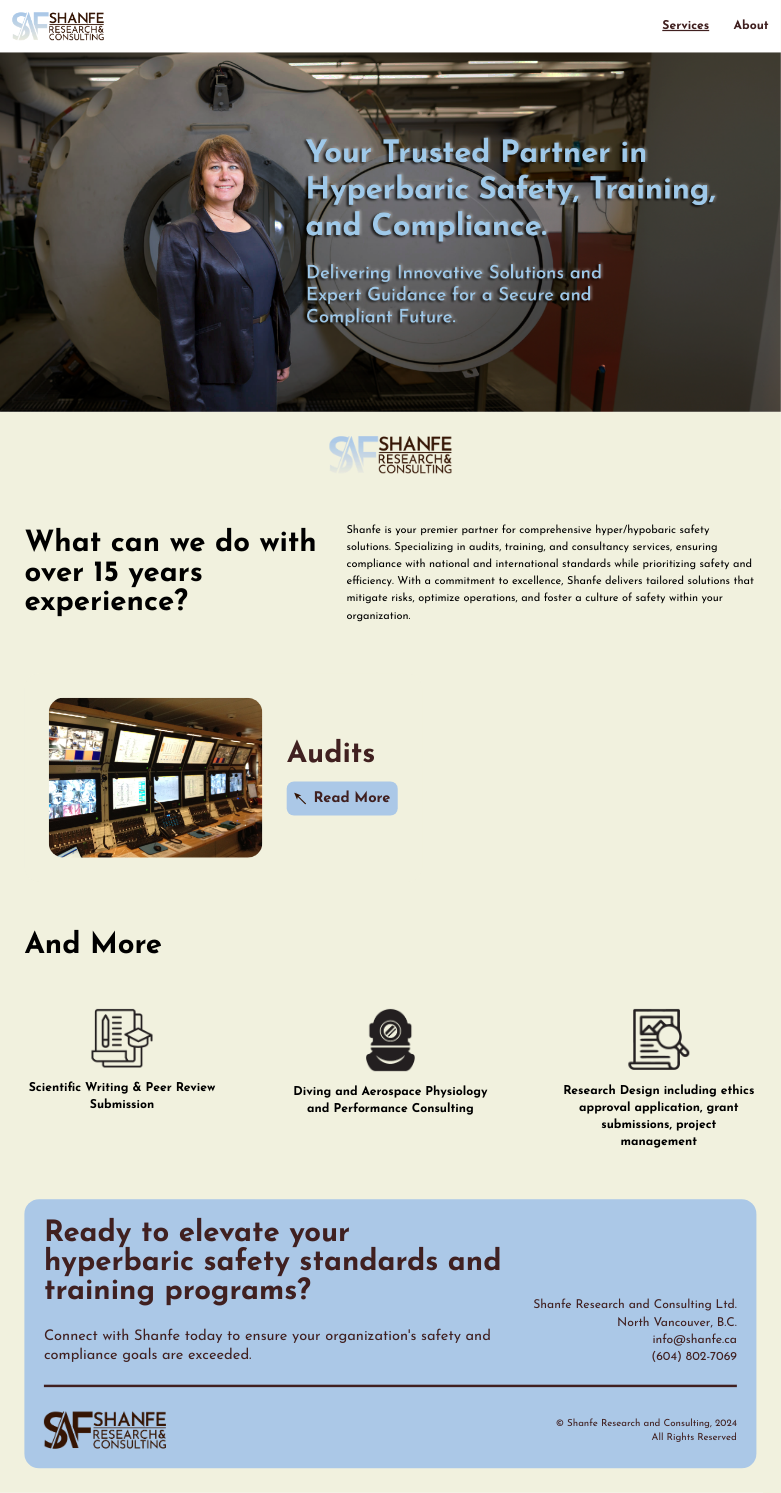
Repository: sierralaurent/shanfe_ca
Page: /
An editor plug-in stored every save of this project. The page is shown before and after the next save, followed by the edit.
The browser window is 1280 px wide. The pictures show the whole page, at 61% of full size.
The project was rebuilt for these pictures with package versions that can differ from the ones it lists, and the page was loaded fresh each time. The framework's server and built-in components were replaced by stand-ins that run in the browser. Also part of the build but not shown: next.config.mjs.

Above is the page before, as saved 2024-03-19 22:33:43.

After the next save:
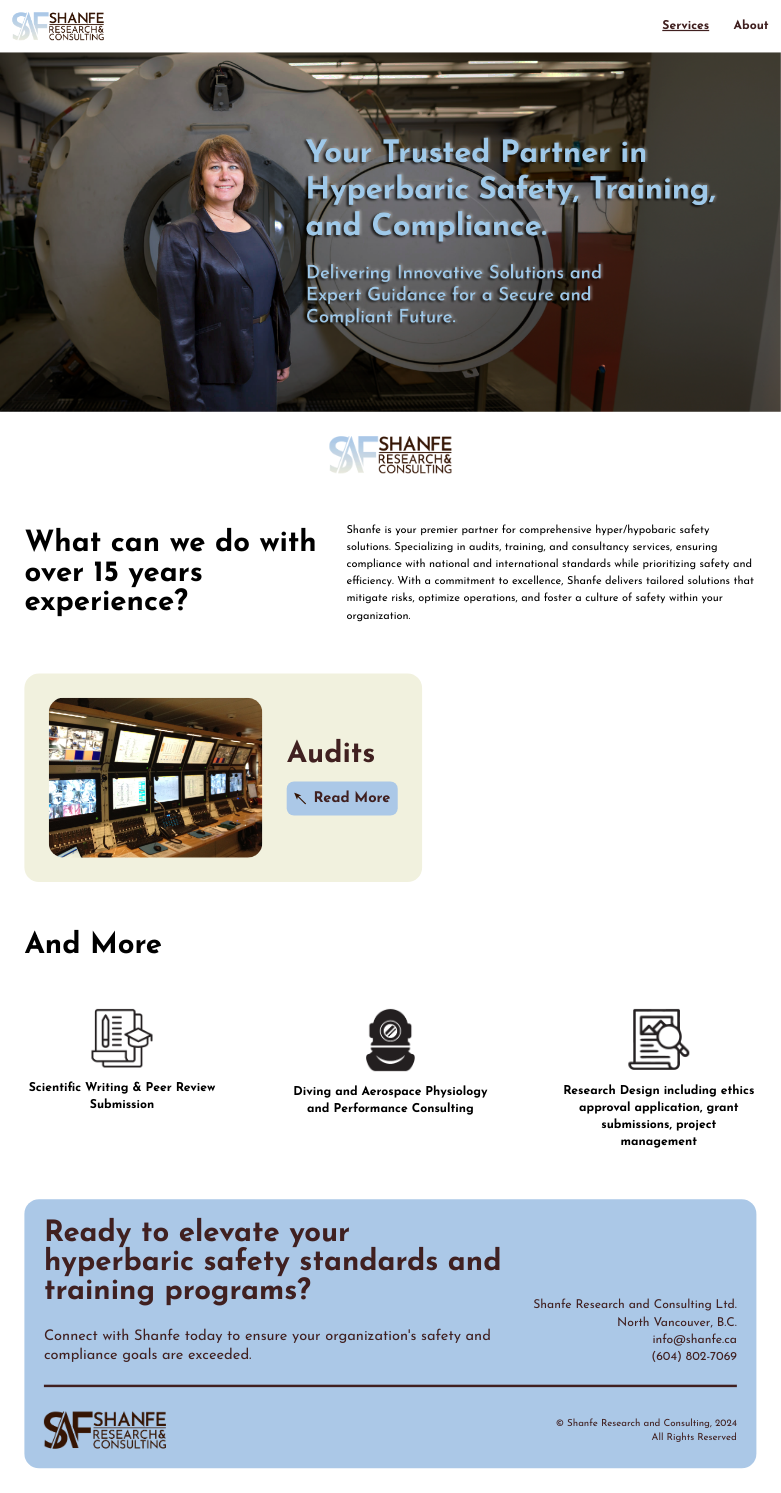
Saved 15 s later.
--- a/src/pages/index.tsx
+++ b/src/pages/index.tsx
@@ -25,7 +25,7 @@
         height={2000}
         alt=''
         />
-    <main className={`flex flex-col items-center gap-20 p-10 max-w-7xl mobile:p-8 bg-Eggshell`}>
+    <main className={`flex flex-col items-center gap-20 p-10 max-w-7xl mobile:p-8`}>
       <Image
       src='/LogoMark300ppi.png'
       width={200}
